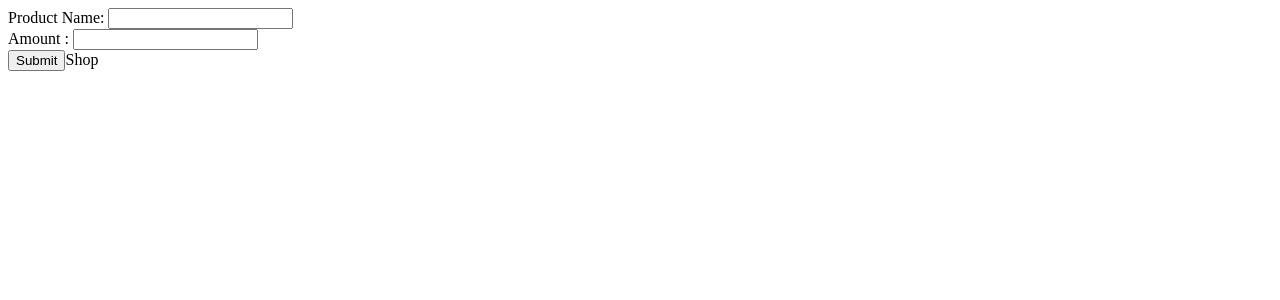
Repository: javeed512/simplilearn
Page: SessionDemo/WebContent/index.html
These files come from the project's save history. The page is drawn as it stood at one moment and after the next save; the edit follows.
The browser window is 1280 px wide. The pictures show the whole page.

Above is the page before, as saved 2020-12-13 18:25:09.

### SessionDemo/WebContent/index.html
<!DOCTYPE html>
<html>
<head>
<meta charset="UTF-8">
<title>Insert title here</title>
</head>
<body>

<form  action ="Flipkart">

Product Name: <input type ="text" name="pname"/> <br/>
Amount : <input type="text" name="amount"/><br/>

<input type="submit">Shop</input>





</form>







</body>
</html>

After the next save:
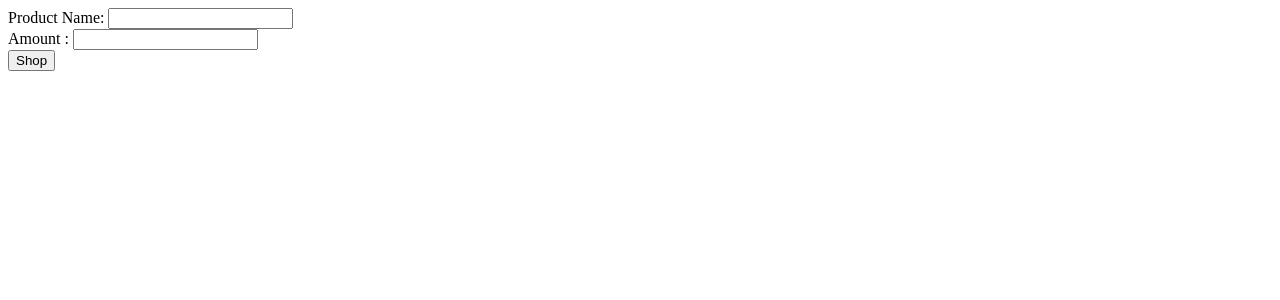
Saved 2 min 40 s later.
--- a/SessionDemo/WebContent/index.html
+++ b/SessionDemo/WebContent/index.html
@@ -11,7 +11,7 @@
 Product Name: <input type ="text" name="pname"/> <br/>
 Amount : <input type="text" name="amount"/><br/>
 
-<input type="submit">Shop</input>
+<button type="submit">Shop</button>
 
 
 
